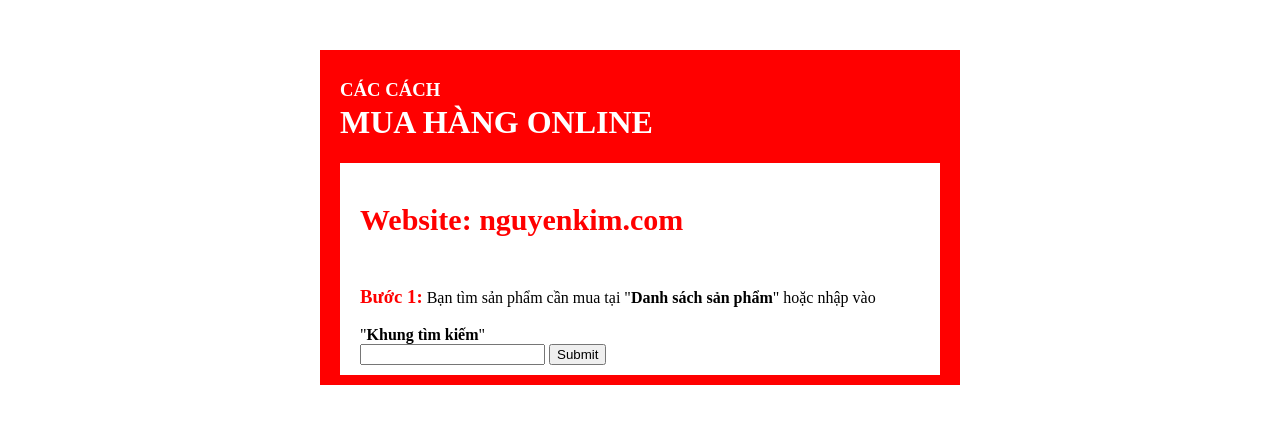
Repository: Tan-Khang21/TH_TKW--Buoi_01
Page: Buoi_01/BT_tren_lop/BT_06/main.html
The author's editor kept a copy of each file at every save. The page is drawn from the files as they stood at one save, then again after the next save.
The browser window is 1280 px wide. The pictures show the whole page.

Above is the page before, as saved 2024-01-23 16:25:27.

After the next save:
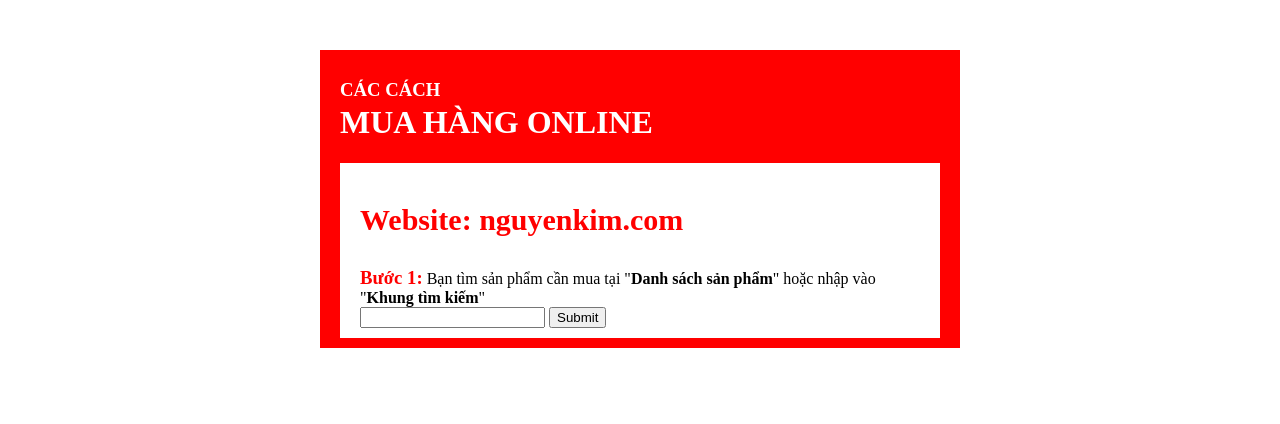
Saved 6 s later.
--- a/Buoi_01/BT_tren_lop/BT_06/main.html
+++ b/Buoi_01/BT_tren_lop/BT_06/main.html
@@ -13,7 +13,7 @@
         <div class="content">
             <h3 style="font-size: 30px;">Website: nguyenkim.com </h3>
 
-            <h3 style="display: inline-block;">Bước 1:</h3>
+            <h3 style="display: inline;">Bước 1:</h3>
 
             <span>Bạn tìm sản phẩm cần mua tại "<b>Danh sách sản phẩm</b>" hoặc nhập vào "<b>Khung tìm kiếm</b>"</span>
 

After the save that followed:
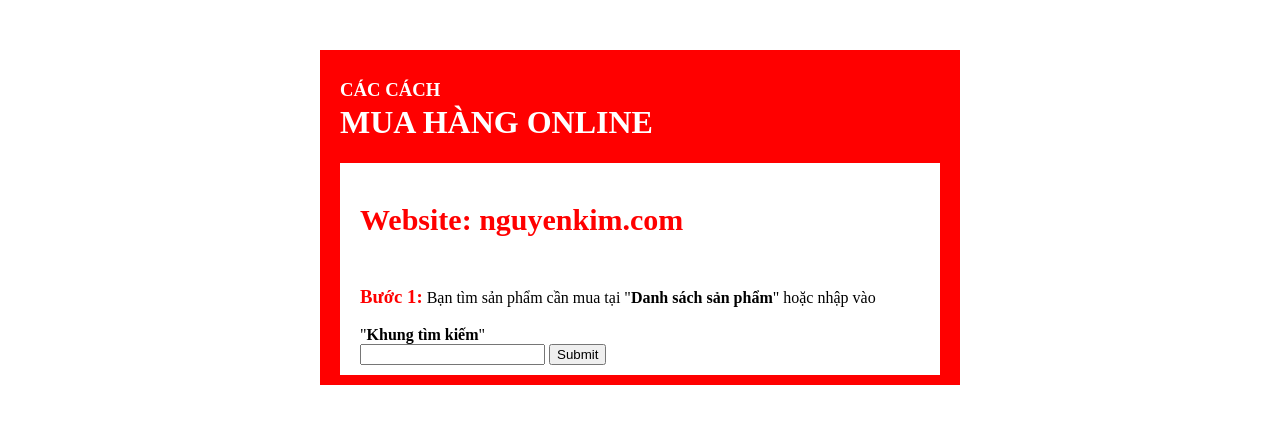
Saved 27 s later.
--- a/Buoi_01/BT_tren_lop/BT_06/main.html
+++ b/Buoi_01/BT_tren_lop/BT_06/main.html
@@ -13,10 +13,8 @@
         <div class="content">
             <h3 style="font-size: 30px;">Website: nguyenkim.com </h3>
 
-            <h3 style="display: inline;">Bước 1:</h3>
-
+            <h3 style="display: inline-block;">Bước 1:</h3>
             <span>Bạn tìm sản phẩm cần mua tại "<b>Danh sách sản phẩm</b>" hoặc nhập vào "<b>Khung tìm kiếm</b>"</span>
-
             <form>
               <input type="text" />
               <input type="submit" name="find" />
